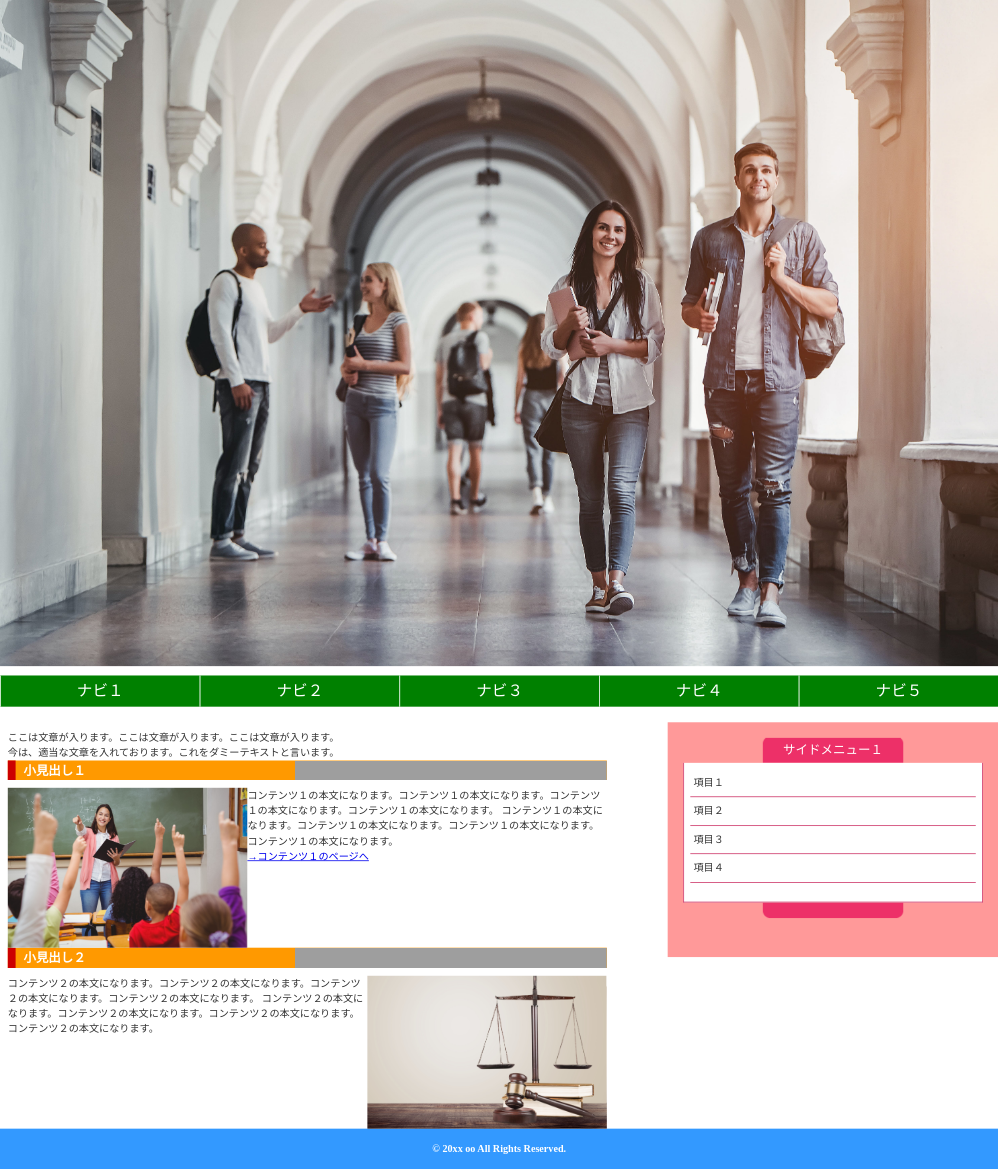
Repository: okuma0090/samurai_HTML-CSS
Page: home.html
The author's editor kept a record of every edit. The page is drawn from the files as they stood at one moment, then again after the next edit.
The browser window is 1280 px wide. The pictures show the whole page, at 78% of full size.
Pictures or frames that could not be fetched are drawn as grey boxes.

Above is the page before.

### home.html
<!DOCTYPE html>
<html lang="ja">
<head>
    <meta charset="UTF-8">
    <title>HTML/CSSの学習</title>
    <!--stylesheet.cssの読み込み -->
    <link rel="stylesheet"href="stylesheet.css">
</head>
<body>
    <div id="header">
        <h1><a href="index.html"><img id="corridor"src="images/corridor.jpg"alt="大学の廊下"/></a></h1></a></h1>
    </div>
    <div id="wrapper">
        <div id="nav">
            <ul>
                <li><a href="home.html">ナビ１</a></li>
                <li><a href="#">ナビ２</a></li>
                <li><a href="#">ナビ３</a></li>
                <li><a href="#">ナビ４</a></li>
                <li><a href="#">ナビ５</a></li>
            </ul>
        </div>
        <div id="container">
            <div id="main">
                <div class="post">
                    <p>ここは文章が入ります。ここは文章が入ります。ここは文章が入ります。<br />今は、適当な文章を入れております。これをダミーテキストと言います。</p>
                    </div>
                    <div class="post clearfix">
                        <h2>小見出し１</h2>
                        <img class="left" src="images/classroom.jpg" alt"授業風景" />
                        <p>
                            コンテンツ１の本文になります。コンテンツ１の本文になります。コンテンツ１の本文になります。コンテンツ１の本文になります。
                            コンテンツ１の本文になります。コンテンツ１の本文になります。コンテンツ１の本文になります。コンテンツ１の本文になります。
                        </p>
                        <p><a href="#">→コンテンツ１のページへ</a></p>
                    </div>
                        <div class="post clearfix">
                            <h2>小見出し２</h2>
                            <img class="right" src="images/scale.jpg" alt="天秤"/>
                            <p>
                                コンテンツ２の本文になります。コンテンツ２の本文になります。コンテンツ２の本文になります。コンテンツ２の本文になります。
                                コンテンツ２の本文になります。コンテンツ２の本文になります。コンテンツ２の本文になります。コンテンツ２の本文になります。
                            </p>
                        </div>
                </div>
                <div id="side">
                    <div class="box">
                        <h2>サイドメニュー１</h2>
                        <div class="boxBody">
                            <ul>
                                <li>項目１</li>
                                <li>項目２</li>
                                <li>項目３</li>
                                <li>項目４</li>
                            </ul>
                        </div>
                    </div>
                </div>
        </div>
    </div>
    <div id="footer">
        <p>&copy; 20xx oo All Rights Reserved.</p>
    </div>
</body>
</html>

### stylesheet.css
@charset"utf-8";


body{
    margin:0;
    padding:0;
    font-family:"ヒラギノ角ゴ　Pro W3","Hiragino Kaku Gothic Pro","メイリオ";
    color: #333;
    font-size: 13px;
    line-height: 150%;
}

/*--------------------wrapper--------------------*/
#wrapper{
    width: 100%;
    margin:auto;
    padding: 0px;
    border:0px;
    background-color: #FFF;
    top:10px;
    position: relative;
}

/*-------------------- header --------------------*/
#header {
    width: 100%;
}
#header h1{
    margin: 0;
    padding: 0;
}

#corridor {
    width: 100%;
    height:auto;
}

/*-------------------- footer --------------------*/
#footer{
    clear: both;
    width: 100%;
    padding: 3px 0 3px 0;
    background: #39F;
    color: #FFF;
    font-weight: bold;
    text-align: center;
}

/*-------------------- nav ----------------------*/
#nav {
    width:100%;
}
#nav ul {
    margin: 0;
    padding: 0;
    list-style-type: none;
}
#nav ul li {
    float:left;
    width: 20%;
    text-align: center;
}

#nav ul li a {
    display: block;
    height:20px;
    margin: 0;
    padding: 10px;
    color:  #FFF;
    font-size: 20px;
    text-decoration: none;
    background-color: green;
    border-left:1px solid white;
}

#nav ul li a:hover{
    filter: drop-shadow(10px 10px 10px black);
}


/*-------------------- container -------------------*/
#container {
    width: 100%;
    margin: auto;
    padding-top: 20px;
    clear: both;
}
/*-------------------- main --------------------*/
#main {
    float: left;
    width: 60%;
    padding: 10px 30px 10px 10px;
}
#main h2{
    margin: 0 0 10px 0;
    padding: 3px 10px 3px 10px;
    color: #FFF;
    font-size:16px;
    border-left:solid 10px #C00;
    background: #F90 url(..images/main_h2.png) right top repeat-y;
}
#main p{
    margin:0;
    padding:0;
}
#main.post img.right {
    margin: 0 0 0 8px;
}
#main.post img.left{
    margin:0 8px 0 0;
}

.right{
    float: right;
    width: 40%;
    height:auto;
    }

.left{
    float: left;
    width: 40%;
    height: auto;
}

/*-------------------- clearfix ----------------------*/
.clearfix{
    zoom:1;
}
.clearfix:after{
    content:"";
    display: block;
    clear: both;
}


 /* -------------------- side -------------------- */
 #side {
 	 float: right;
 	 width: 30%;
 	 padding: 20px;
 	 background-color: #F99;
 }
 #side .box {
 	 margin: 0 auto 30px auto;
 	 padding: 0 0 20px 0;
 	 background: url(images/side_box.png) bottom no-repeat;
 }
 #side .box h2 {
 	 margin: 0;
 	 padding: 8px;
 	 text-align: center;
 	 color: #fff;
 	 font-size: 16px;
 	 line-height: 16px;
 	 font-weight: normal;
 	 background: url(images/side_box_h2.png) center no-repeat;
 }


 #side .box .boxBody {
 	 padding: 8px;
 	 border-right: solid 1px #C36;
 	 border-bottom: solid 1px #C36;
 	 border-left: solid 1px #C36;
	 background: #fff;
 }
 #side .box .boxBody ul {
 	 margin: 0 0 16px 0;
 	 padding: 0;
 }
 #side .box .boxBody ul li {
 	 padding: 8px 0 8px 4px;
 	 list-style: none;
 	 border-bottom: solid 1px #C36;
 }

 #side .box .boxBody ul li:hover{
     padding: 8px 0 8px 4px;
     list-style: none;
     border-bottom: solid 1px #C36;
     box-shadow: 0px 4px 4px rgba(0, 0, 0, 0.3);
 }

After the next edit:
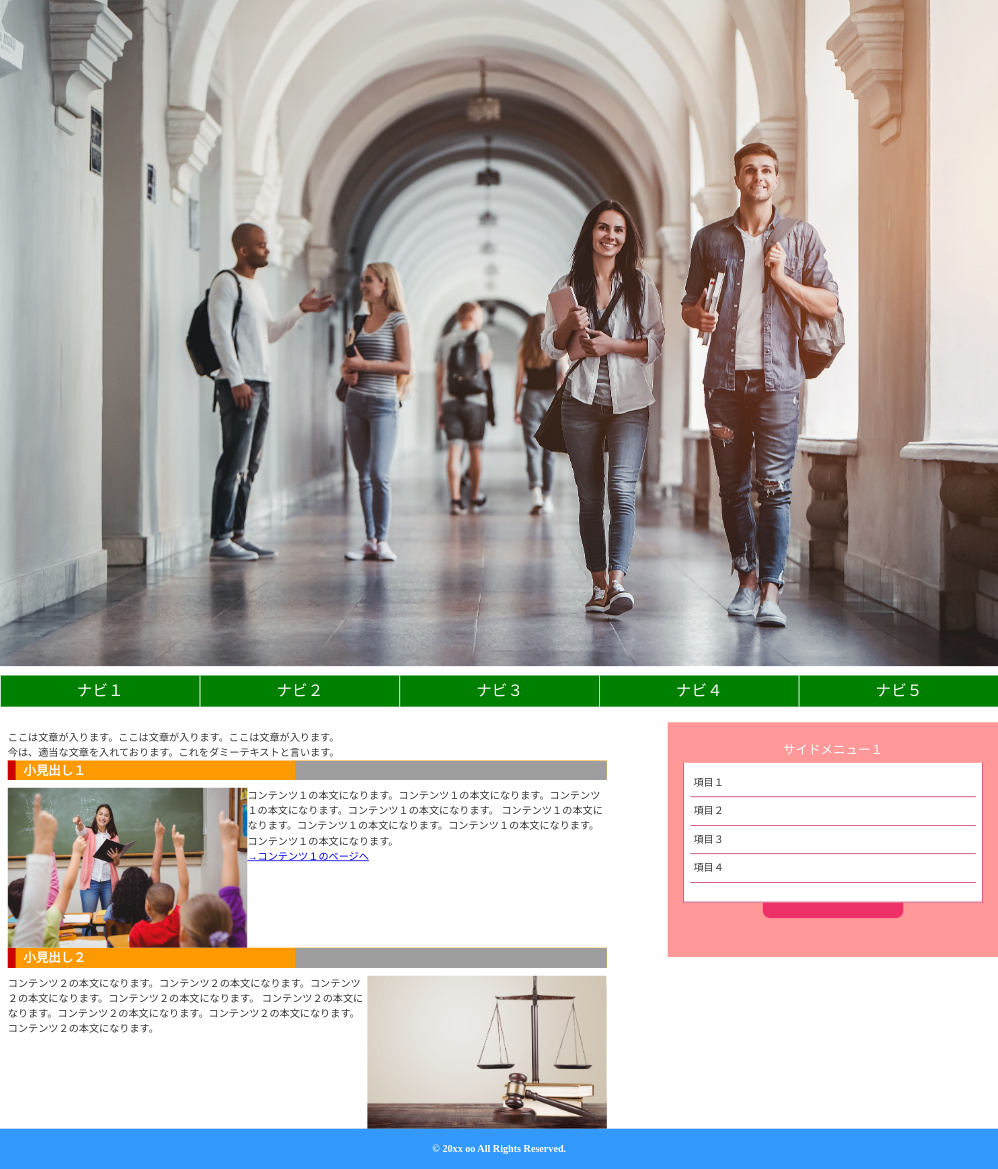
Not found: image/side_box_h2.png
The edit:
--- a/stylesheet.css
+++ b/stylesheet.css
@@ -153,7 +153,7 @@
  	 font-size: 16px;
  	 line-height: 16px;
  	 font-weight: normal;
- 	 background: url(images/side_box_h2.png) center no-repeat;
+ 	 background: url(image/side_box_h2.png) center no-repeat;
  }
 
 

After the edit that followed:
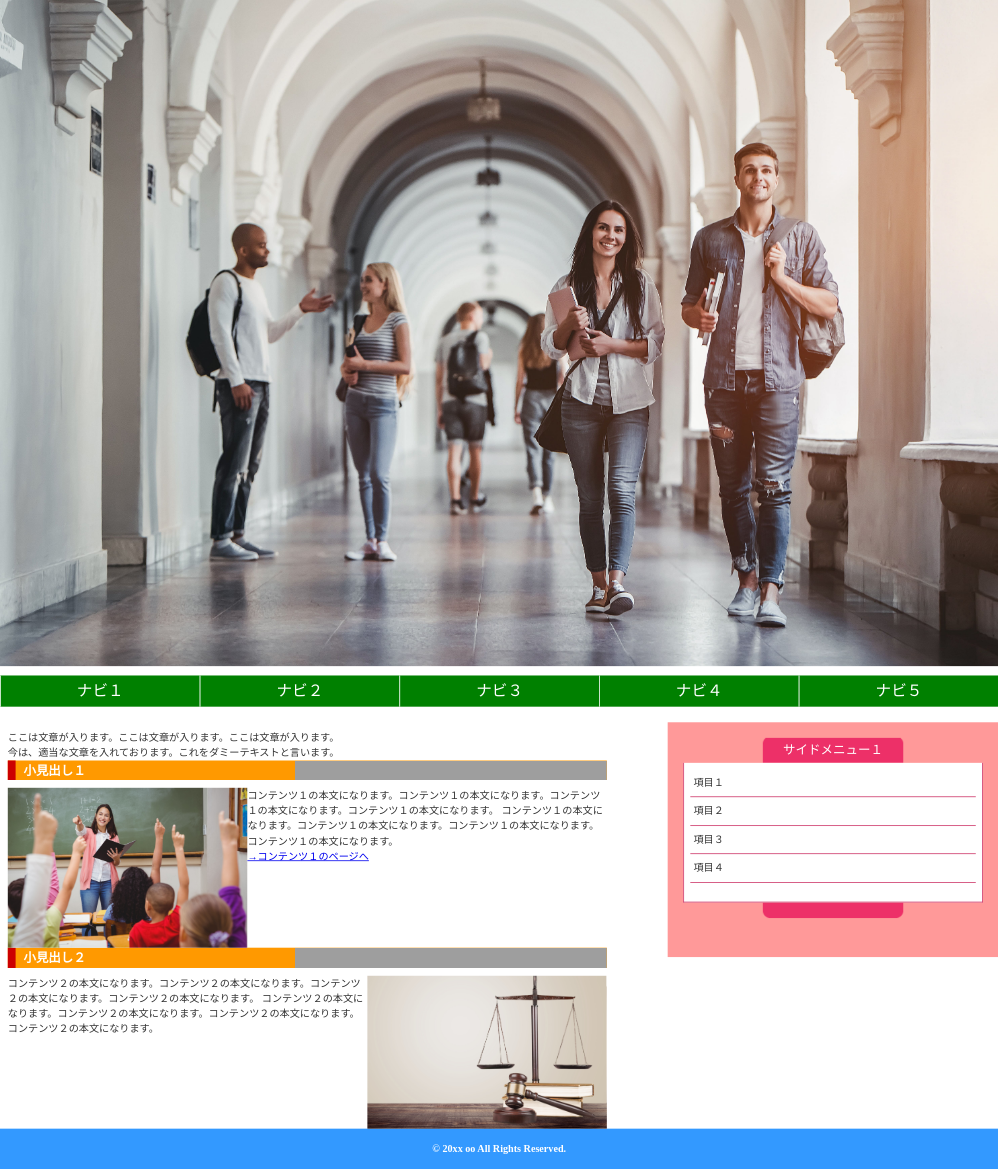
The edit:
--- a/stylesheet.css
+++ b/stylesheet.css
@@ -153,7 +153,7 @@
  	 font-size: 16px;
  	 line-height: 16px;
  	 font-weight: normal;
- 	 background: url(image/side_box_h2.png) center no-repeat;
+ 	 background: url(images/side_box_h2.png) center no-repeat;
  }
 
 
